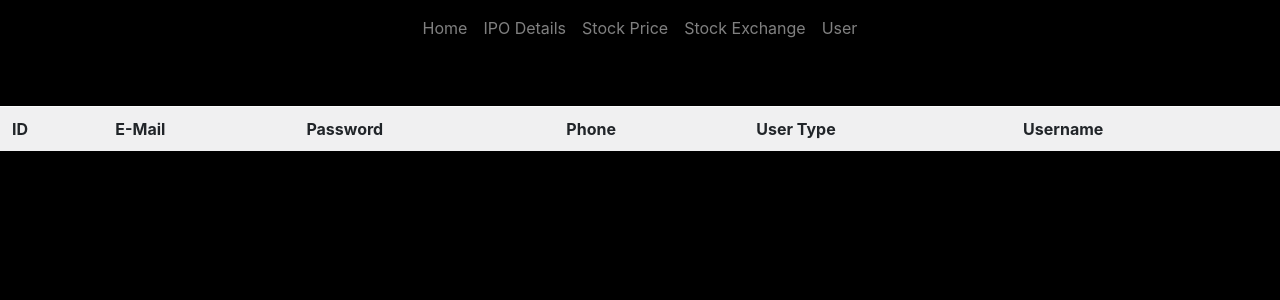
Repository: Gurudutt-S/cts-training
Page: http://localhost/StockExchangeChartingWeb/WEB-INF/views/index.jsp
These files come from the project's save history. The page is drawn as it stood at one moment and after the next save; the edit follows.
The browser window is 1280 px wide. The pictures show the whole page.
The page is served by Tomcat 9. Nobody is signed in. Other server files are loaded and not shown. The template is opened directly, without the code that normally fills it, so the values that code supplies are empty.

Above is the page before, as saved 2020-02-12 06:11:08.
Console error (its wording comes from the project's code and is left out).

### Day_36/StockExchangeChartingWeb/src/main/webapp/WEB-INF/views/index.jsp
<%@ include file="header.jsp" %>

	<h2>${message }</h2>
	<hr>
	<%-- <ol>
		<c:forEach var="name" items="${list }">
			<li><h3>${name }</h3></li>
		</c:forEach>
	</ol> --%>

<table class="table table-light table-hover table-striped">
	<tr>
		<th>ID</th>
		<th>E-Mail</th>
		<th>Password</th>
		<th>Phone</th>
		<th>User Type</th>
		<th>Username</th>
	</tr>
	<tbody>
		<c:forEach var="user" items="${list }">

			<tr>
				<td>${user.id }</td>
				<td>${user.email }</td>
				<td>${user.password }</td>
				<td>${user.phone }</td>
				<td>${user.userType }</td>
				<td>${user.username }</td>
			</tr>

		</c:forEach>
	</tbody>
</table>
</body>
</html>

### Day_36/StockExchangeChartingWeb/src/main/webapp/WEB-INF/views/header.jsp
<%@ page isELIgnored="false"%>
<%@ taglib uri="http://java.sun.com/jsp/jstl/core" prefix="c"%>
<html>
<head>
<link rel="stylesheet"
	href="https://stackpath.bootstrapcdn.com/bootstrap/4.4.1/css/bootstrap.min.css"
	integrity="sha384-Vkoo8x4CGsO3+Hhxv8T/Q5PaXtkKtu6ug5TOeNV6gBiFeWPGFN9MuhOf23Q9Ifjh"
	crossorigin="anonymous">
<script
	src="https://stackpath.bootstrapcdn.com/bootstrap/4.4.1/js/bootstrap.min.js"
	integrity="sha384-wfSDF2E50Y2D1uUdj0O3uMBJnjuUD4Ih7YwaYd1iqfktj0Uod8GCExl3Og8ifwB6"
	crossorigin="anonymous"></script>


</head>
<body style="color: white; background-color: black; text-align: center;">

	<nav class="navbar navbar-expand-lg navbar-dark ">
		<div class="collapse navbar-collapse">
			<ul class="navbar-nav mx-auto">
				<li class="nav-item"><a href="home" class="nav-link">Home</a></li>
				<li class="nav-item"><a href="ipoDetails" class="nav-link">IPO
						Details</a></li>
				<li class="nav-item"><a href="stockPrice" class="nav-link">Stock
						Price</a></li>
				<li class="nav-item"><a href="stockExchange" class="nav-link">Stock
						Exchange</a></li>
				<li class="nav-item"><a href="user-home" class="nav-link">User
						</a></li>
			</ul>
		</div>
	</nav>

	<hr>

</body>
</html>

After the next save:
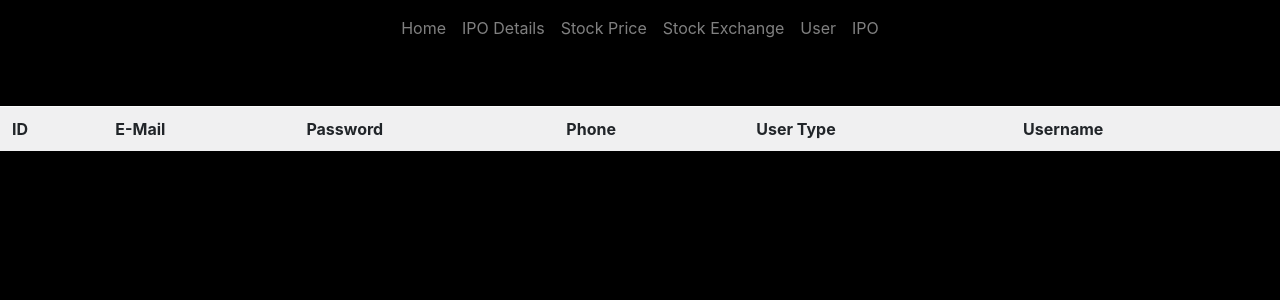
Saved 35 s later.
--- a/Day_36/StockExchangeChartingWeb/src/main/webapp/WEB-INF/views/header.jsp
+++ b/Day_36/StockExchangeChartingWeb/src/main/webapp/WEB-INF/views/header.jsp
@@ -27,6 +27,8 @@
 						Exchange</a></li>
 				<li class="nav-item"><a href="user-home" class="nav-link">User
 						</a></li>
+				<li class="nav-item"><a href="ipo-home" class="nav-link">IPO
+						</a></li>
 			</ul>
 		</div>
 	</nav>
